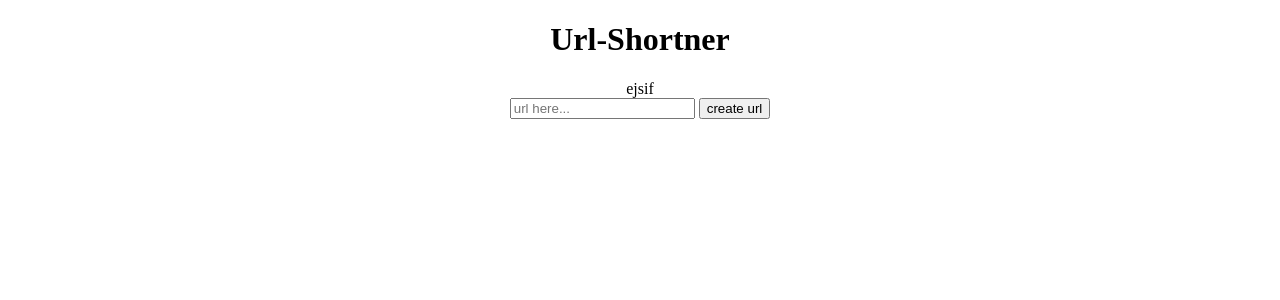
Repository: nandhuselvam/Task
Page: http://localhost/
These files come from the project's save history. The page is drawn as it stood at one moment and after the next save; the edit follows.
The browser window is 1280 px wide. The pictures show the whole page.
The page is served by the project's Node server (app.js).

Above is the page before, as saved 2024-03-05 17:22:39.

### views/index.ejs
<!DOCTYPE html>
<html lang="en">
<head>
	<meta charset="UTF-8">
	<meta name="viewport" content="width=device-width, initial-scale=1.0">
	<title>Url Shortner</title>
</head>
<body>
	<center>
		<h1>Url-Shortner</h1>

		ejsif

		<form action="/" method="post">
			<input type="url" name="url" id="url" placeholder="url here..."/>
			<input type="submit" value="create url"/>
		</form>
	</center>
</body>
</html>

### app.js
const express = require ('express')
const shortid = require ('shortid')
const createHttpError = require('http-errors')
const mongoose = require('mongoose')
const path = require('path')


const app = express()

app.use(express.static(path.join(__dirname, 'public')))
app.use(express.json())
app.use(express.urlencoded({ extended: false }))

app.set('view engine', 'ejs')

app.get('/', async (req, res, next) => {
	res.render('index')
})

app.post('/', async (req, res, next) => {

}
)

app.listen (3000, () => console.log('port number is 3000'))

After the next save:
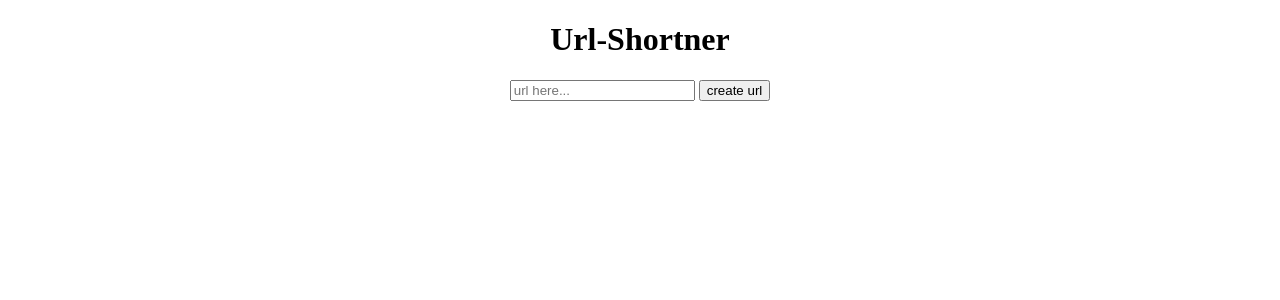
Saved 7 s later.
--- a/views/index.ejs
+++ b/views/index.ejs
@@ -9,7 +9,8 @@
 	<center>
 		<h1>Url-Shortner</h1>
 
-		ejsif
+
+
 
 		<form action="/" method="post">
 			<input type="url" name="url" id="url" placeholder="url here..."/>

After the 3 saves that followed:
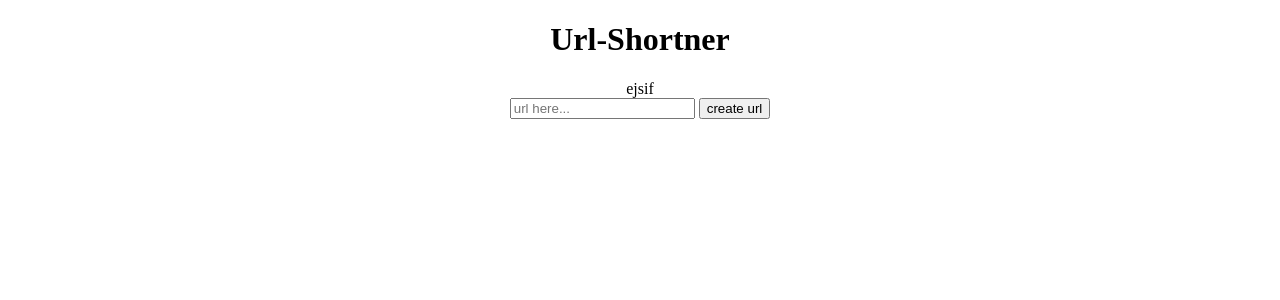
The 3 saves are shown as one change because they came seconds apart.
The last was saved 8 s later.
--- a/views/index.ejs
+++ b/views/index.ejs
@@ -9,7 +9,7 @@
 	<center>
 		<h1>Url-Shortner</h1>
 
-
+		ejsif
 
 
 		<form action="/" method="post">
